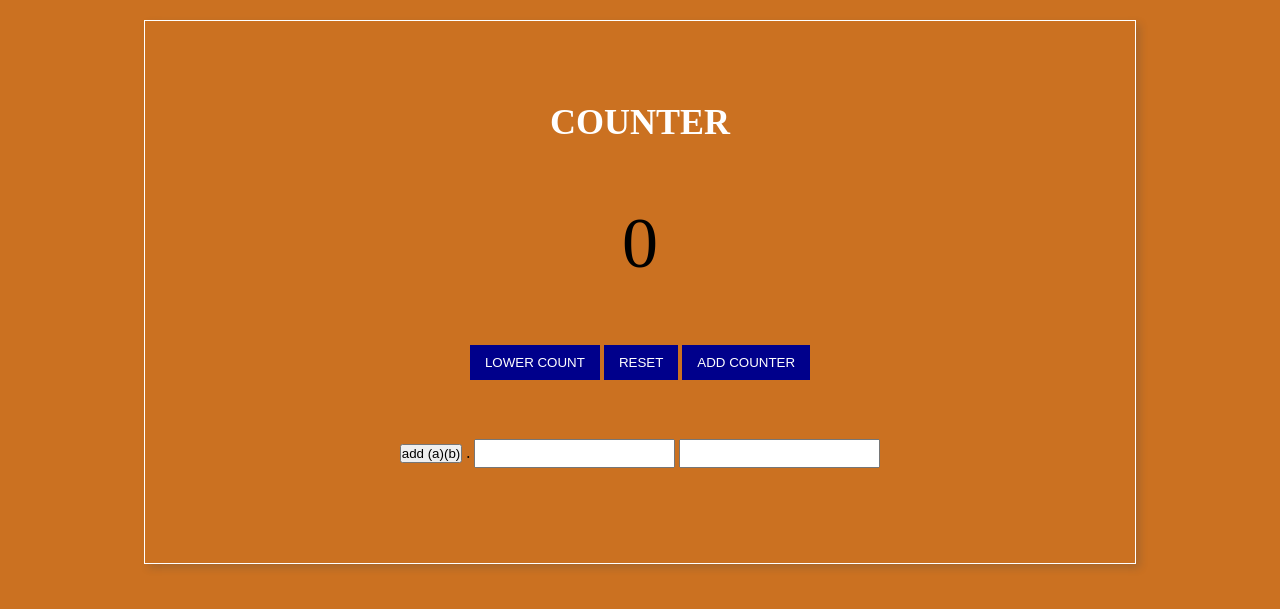
Repository: lusine-tech/counter
Page: index.html
An editor plug-in stored every save of this project. The page is shown before and after the next save, followed by the edit.
The browser window is 1280 px wide. The pictures show the whole page.

Above is the page before, as saved 2022-02-14 23:55:34.

After the next save:
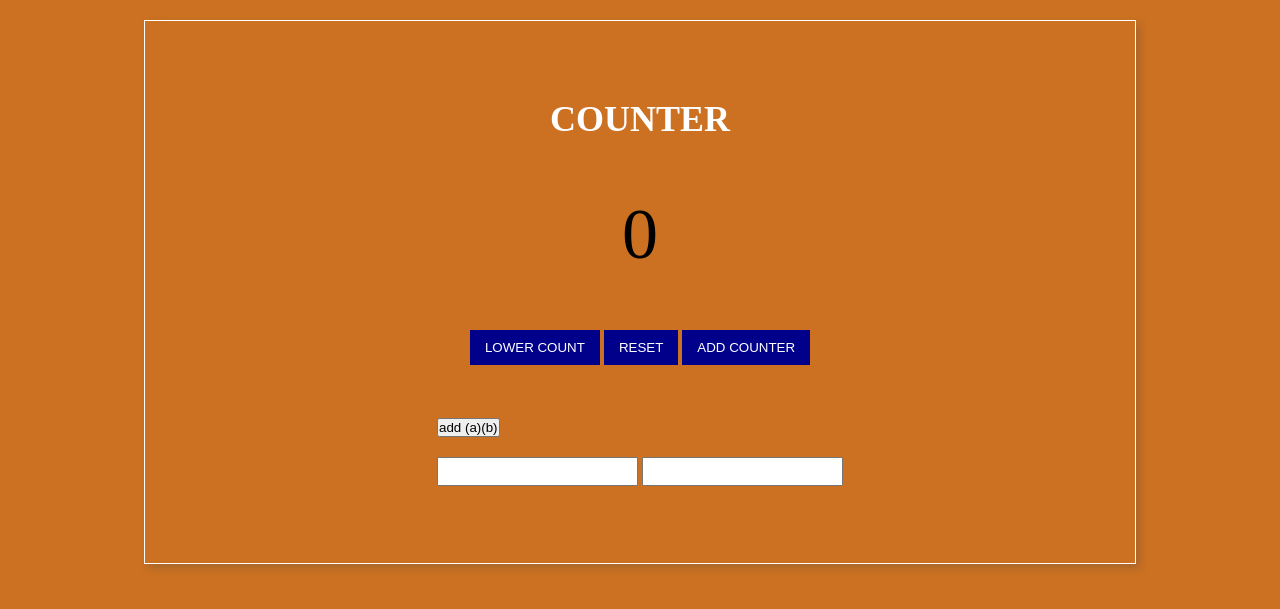
Saved 8 s later.
--- a/index.html
+++ b/index.html
@@ -21,7 +21,7 @@
             </div>
             <div class="inputs">
                 <button class="sum">add (a)(b) </button>
-                .
+                <div class="result"></div>
                 <input type="number" class="left-number">
                 <input type="number" class="right-number">
             </div>
